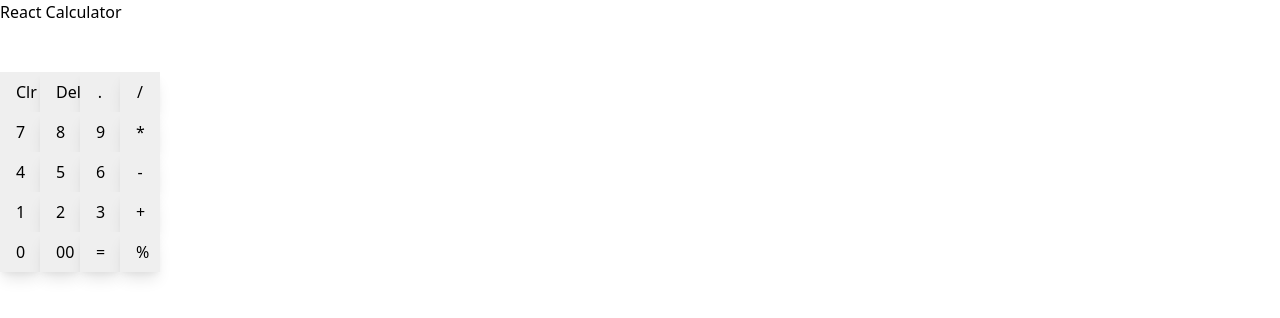
Repository: latenightsnacc/React-Calculator
Page: / (app in docs/react-calculator/)
These files come from the project's save history. The page is drawn as it stood at one moment and after the next save; the edit follows.
The browser window is 1280 px wide. The pictures show the whole page.
The project was rebuilt for these pictures with package versions that can differ from the ones it lists, and the page was loaded fresh each time. Also part of the build but not shown: docs/react-calculator/craco.config.js.

Above is the page before, as saved 2021-11-11 15:41:50.

After the next save:
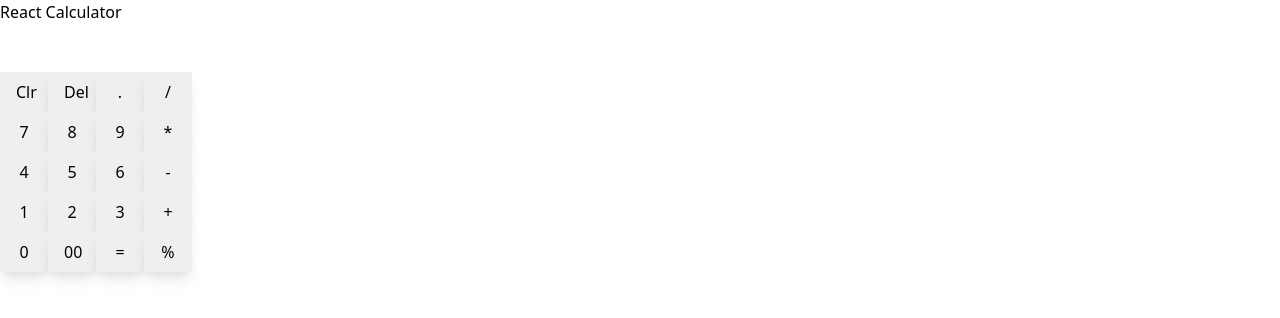
Saved 7 s later.
--- a/docs/react-calculator/src/components/Button.js
+++ b/docs/react-calculator/src/components/Button.js
@@ -2,7 +2,7 @@ import React from 'react'
 
 const Button = (props) => {
     return(
-        <input className="shadow-lg w-10 py-2 px-4"
+        <input className="shadow-lg w-12 py-2 px-4"
             type="button"
             value={props.label}
         />
